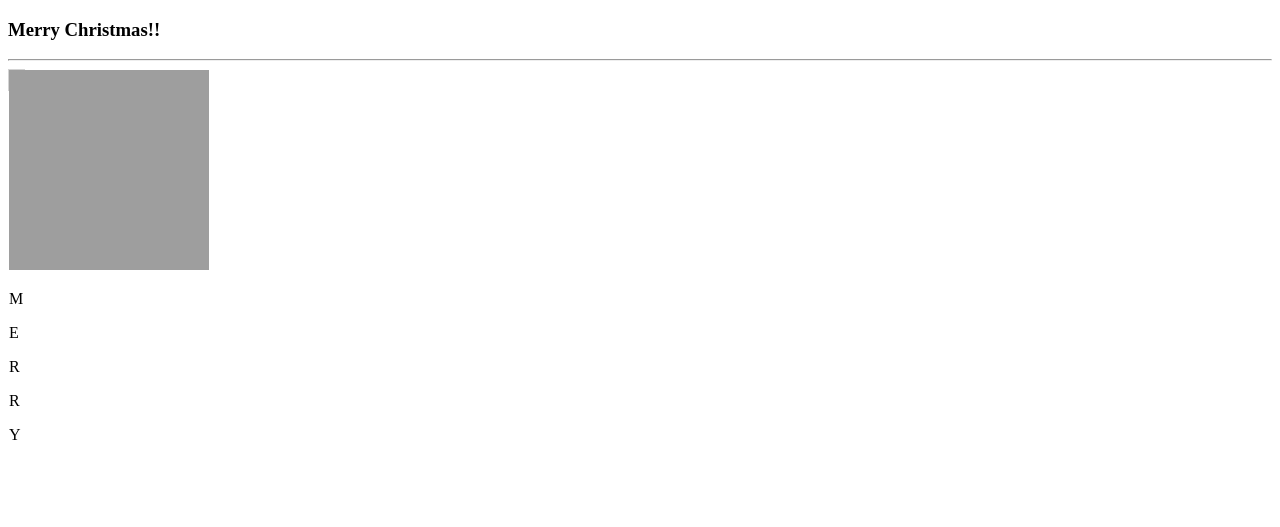
Repository: Gmajorlist/HTML
Page: css/src/main/webapp/05_cssPositioning/exam6.html
An editor plug-in stored every save of this project. The page is shown before and after the next save, followed by the edit.
The browser window is 1280 px wide. The pictures show the whole page.
Pictures or frames that could not be fetched are drawn as grey boxes.

Above is the page before, as saved 2023-03-16 01:38:51.

After the next save:
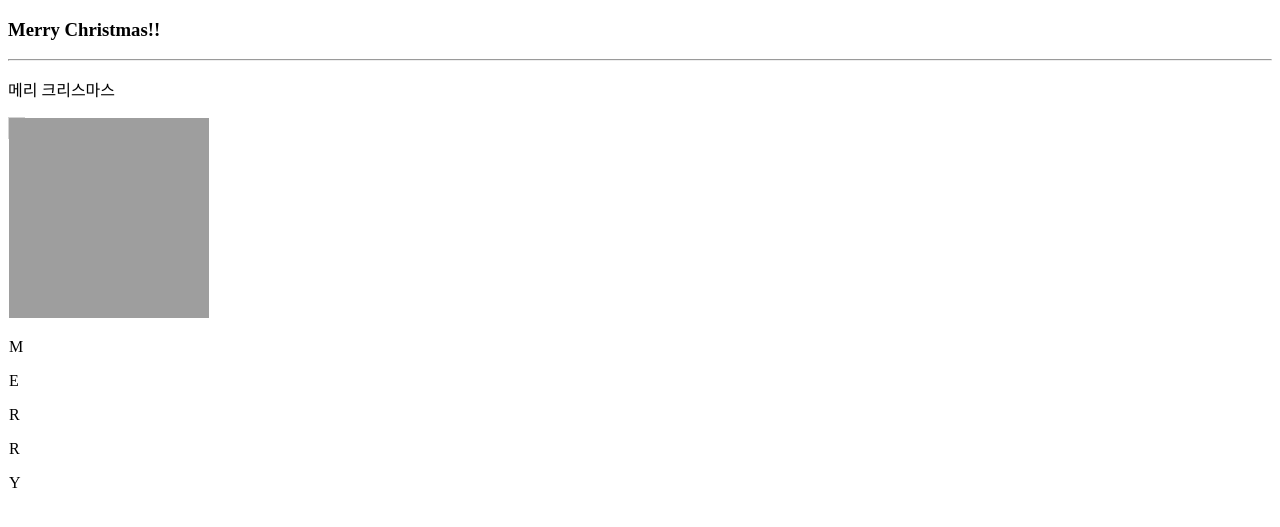
Saved 34 s later.
--- a/css/src/main/webapp/05_cssPositioning/exam6.html
+++ b/css/src/main/webapp/05_cssPositioning/exam6.html
@@ -21,6 +21,7 @@ div{
 <body>
 <h3>Merry Christmas!!</h3>
 <hr>
+<p>메리 크리스마스</p>
 <div>
 	<img src="../img/chis.png" width="200" height="200" alt="크">
 	<p style="left: 50px; top: 30px;">M</p>    <!--  p 블록 단위 입니다. -->
